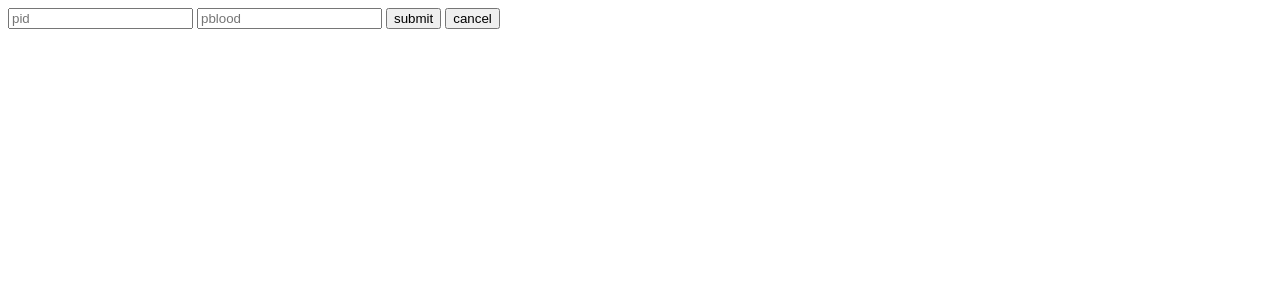
Repository: shankar841/shankar
Page: jesm08/src/main/webapp/update.html
The author's editor kept a copy of each file at every save. The page is drawn from the files as they stood at one save, then again after the next save.
The browser window is 1280 px wide. The pictures show the whole page.

Above is the page before, as saved 2023-02-11 06:10:28.

After the next save:
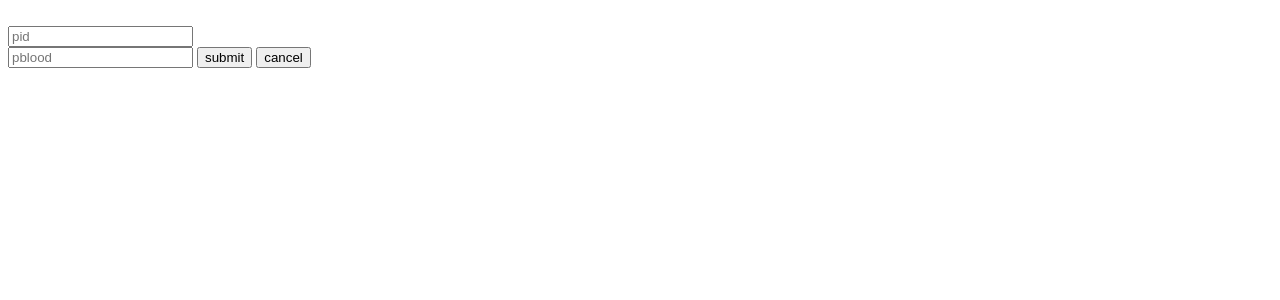
Saved 2 min 25 s later.
--- a/jesm08/src/main/webapp/update.html
+++ b/jesm08/src/main/webapp/update.html
@@ -5,8 +5,8 @@
 <title>Insert title here</title>
 </head>
 <body>
-<form action="def" method = "post">
-<input type="text" name = "pid" placeholder = "pid">
+<form action="def" method = "post"><br>
+<input type="text" name = "pid" placeholder = "pid"><br>
 <input type = "text" name = "pblood" placeholder = "pblood">
 <button>submit</button>
 <button>cancel</button>
